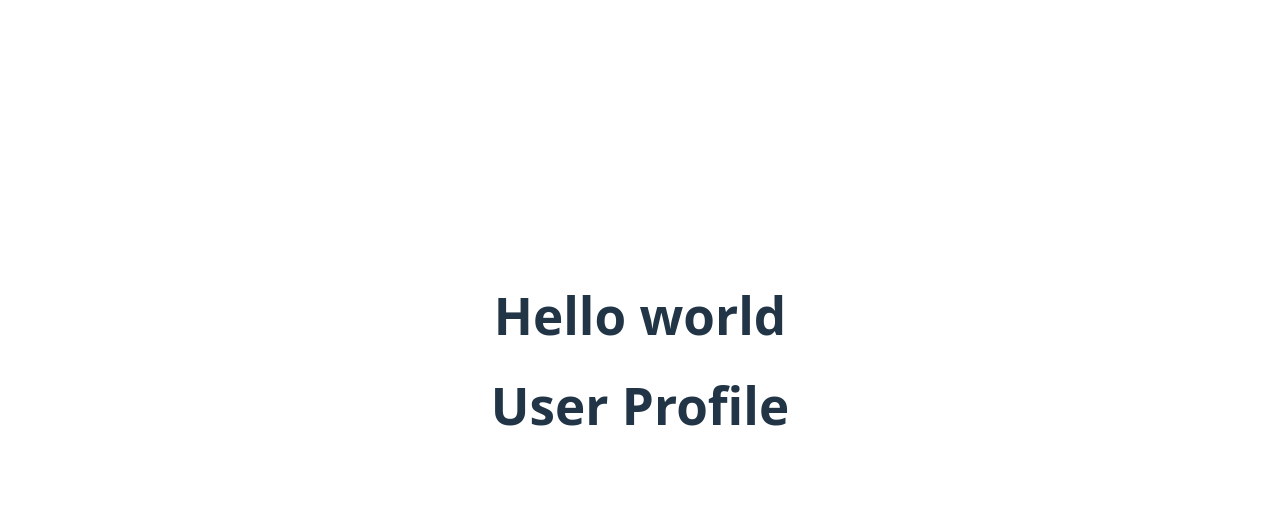
Repository: Janum4444/React-learning
Page: /
An editor plug-in stored every save of this project. The page is shown before and after the next save, followed by the edit.
The browser window is 1280 px wide. The pictures show the whole page.
The project was rebuilt for these pictures with package versions that can differ from the ones it lists, and the page was loaded fresh each time. Also part of the build but not shown: vite.config.js.

Above is the page before, as saved 2026-02-21 19:35:42.

### src/App.jsx

import './App.css'
import {UserProfile, CustomComponent} from './UserProfile.jsx'

function App() {

  return (
    <>
      <div>
        <h1> Hello world</h1>
        <UserProfile />
      </div>
    </>
  )
}

export default App

### src/UserProfile.jsx


export const UserProfile = () => {
    return (
        <div>
            <h1> User Profile </h1>
        </div>
    )
}


export const CustomComponent = () => {
    return (
        <div>
            <h1> Custom Component </h1>
        </div>
    )
}

Loaded but not shown: src/main.jsx (common file); src/index.css (common file); src/App.css (common file)

After the next save:
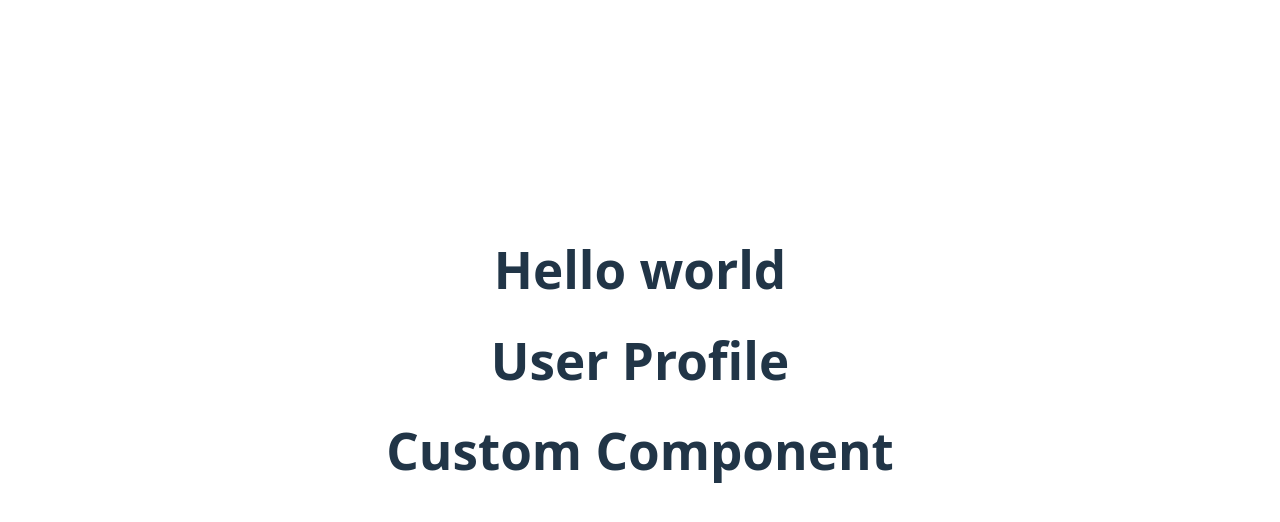
Saved 6 s later.
--- a/src/App.jsx
+++ b/src/App.jsx
@@ -9,6 +9,7 @@ function App() {
       <div>
         <h1> Hello world</h1>
         <UserProfile />
+        <CustomComponent />
       </div>
     </>
   )
